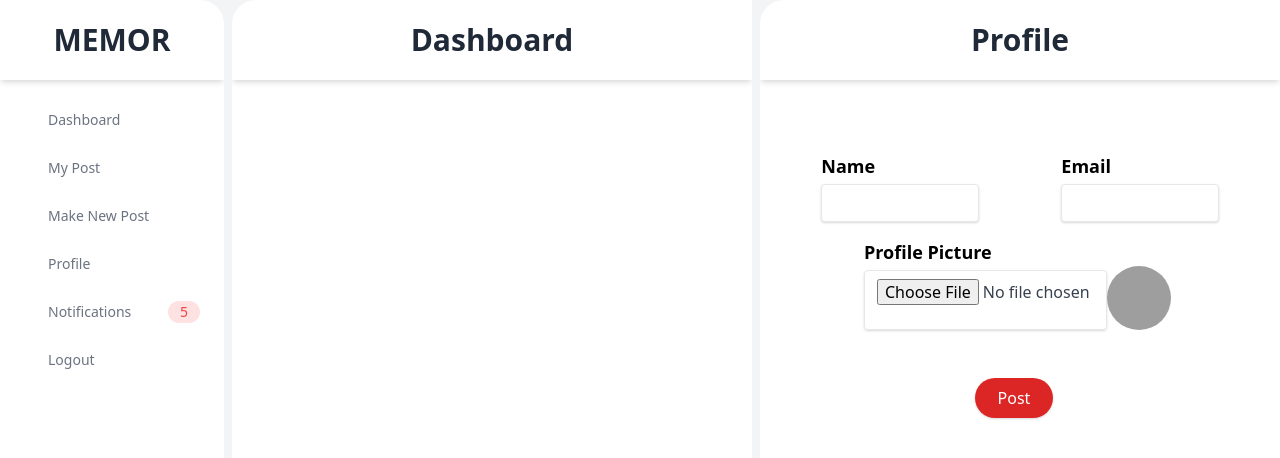
Repository: coolronts/Memor
Page: /dashboard (app in client/)
The author's editor kept a copy of each file at every save. The page is drawn from the files as they stood at one save, then again after the next save.
The browser window is 1280 px wide. The pictures show the whole page.
Pictures or frames that could not be fetched are drawn as grey boxes. The page's requests for data from a server got no answer. The project was rebuilt for these pictures with package versions that can differ from the ones it lists, and the page was loaded fresh each time. No one was signed in, and anything a server would have sent is missing. Also part of the build but not shown: client/vite.config.js, client/vue.config.js, client/src/components/Navbar.vue, client/src/components/Menu.vue, client/src/components/Header.vue, client/src/components/Card.vue, client/src/views/Home.vue, client/src/serverService/authService.js and 6 more.

Above is the page before, as saved 2021-06-27 01:39:53.

### client/index.html
<!DOCTYPE html>
<html lang="en">

<head>
    <meta charset="UTF-8" />
    <link rel="icon" href="/favicon.ico" />
    <meta name="viewport" content="width=device-width, initial-scale=1.0" />
    <title>Vuetify 3 Vite Preview</title>
</head>

<body>
    <div id="app"></div>
    <script type="module" src="/src/main.js"></script>
</body>

</html>

### client/src/main.js
import { createApp } from "vue";
import { createStore } from "vuex";
import App from "./App.vue";
import router from "./router/index";
import createPersistedState from "vuex-persistedstate";
import "./assets/tailwind.css";

const store = createStore({
    plugins: [createPersistedState()],

    state() {
        return {
            user: null,
            token: null,
            dashboard: 0,
        };
    },
    mutations: {
        setUser(state, user) {
            state.user = user;
        },
        setToken(state, token) {
            state.token = token;
        },
        setDashboard(state, dashboard) {
            state.dashboard = dashboard;
        },
    },
    getters: {
        isLoggedIn(state) {
            if (state.token) {
                return true;
            } else {
                return false;
            }
        },
    },
    actions: {},
    modules: {},
});

const app = createApp(App);

app.config.productionTip = false;
app.use(store);
app.use(router).mount("#app");

### client/src/router/index.js
import { createRouter, createWebHistory } from "vue-router";
import Home from "/src/views/Home.vue";
import SignIn from "/src/views/SignIn.vue";
import SignUp from "/src/views/SignUp.vue";
import Dashboard from "/src/views/Dashboard.vue";
const routes = [{
        path: "/",
        name: "Home",
        component: Home,
    },
    {
        path: "/signin",
        name: "SignIn",
        component: SignIn,
    },
    {
        path: "/signup",
        name: "SignUp",
        component: SignUp,
    },
    {
        path: "/dashboard",
        name: "Dashboard",
        component: Dashboard,
    },
];
const router = createRouter({
    history: createWebHistory(),
    routes,
});
export default router;

### client/src/views/Dashboard.vue
<template>
 <div class="flex bg-gray-100">
  <Sidebar/>
  <DashboardHome v-if="this.$store.state.dashboard==0" class="ml-2 w-full"/>
  <DashboardMyPost  v-if="this.$store.state.dashboard==1"  class="ml-2 w-full"/>
  <DashboardNewPost  v-if="this.$store.state.dashboard==2" class="ml-2 w-full "/>
  <Profile  class="ml-2 w-full "/>
 </div>
</template>

<script>
 import Sidebar from "../components/Sidebar.vue"
 import DashboardHome from "../components/DashboardHome.vue"
 import DashboardMyPost from "../components/DashboardMyPost.vue"
 import DashboardNewPost from "../components/DashboardNewPost.vue"
 import Profile from "../components/Profile.vue"

 export default {
  name:'Dashboard',
  components:{
   Sidebar,DashboardHome,DashboardMyPost,DashboardNewPost,Profile
  },

 }
</script>

### client/src/components/AllPost.vue
<template>
  <div class="flex flex-wrap justify-center">
    <div class="w-1/3" v-for="post in posts" :key="post._id">
      <Card
        :imgSrc = "post.image"
        :title = "post.title"
        :description = "post.description"
        :likes = "post.likes"
        :place = "post.place"
        :postId = "post._id"
      />
    </div>
  </div>
</template>

<script>
  import Card from '../components/Card.vue'
  import axios from 'axios';

  export default {
    name:"AllPost",
    components: { Card },
    data(){
      return{
        posts:[],
        style:{
          card:'w-1/4 shadow-xl',
        }
      }
    },
    mounted(){
      axios
        .get('http://localhost:5000/allPosts')
        .then(response => (this.posts = response.data))
    }
  }
</script>

### client/src/components/Sidebar.vue
<template>
<div class="min-h-screen flex flex-row bg-gray-100">
  <div class="flex flex-col w-56 bg-white rounded-r-3xl overflow-hidden">
    <div class="flex items-center justify-center h-20 shadow-md">
      <a href="#" class="block text-2xl font-bold text-center text-gray-800 dark:text-white lg:text-3xl hover:text-gray-700 dark:hover:text-gray-300">MEMOR</a>
    </div>
    <ul class="flex flex-col py-4">
      <li @click="switchDashboard(0)">
        <a href="#" class="flex flex-row items-center h-12 transform hover:translate-x-2 transition-transform ease-in duration-200 text-gray-500 hover:text-gray-800">
          <span class="inline-flex items-center justify-center h-12 w-12 text-lg text-gray-400"><i class="bx bx-home"></i></span>
          <span class="text-sm font-medium">Dashboard</span>
        </a>
      </li>
      <li @click="switchDashboard(1)">
        <a href="#" class="flex flex-row items-center h-12 transform hover:translate-x-2 transition-transform ease-in duration-200 text-gray-500 hover:text-gray-800">
          <span class="inline-flex items-center justify-center h-12 w-12 text-lg text-gray-400"><i class="bx bx-music"></i></span>
          <span class="text-sm font-medium">My Post</span>
        </a>
      </li>
      <li @click="switchDashboard(2)">
        <a href="#" class="flex flex-row items-center h-12 transform hover:translate-x-2 transition-transform ease-in duration-200 text-gray-500 hover:text-gray-800">
          <span class="inline-flex items-center justify-center h-12 w-12 text-lg text-gray-400"><i class="bx bx-drink"></i></span>
          <span class="text-sm font-medium">Make New Post</span>
        </a>
      </li>
      <li @click="switchDashboard(3)">
        <a href="#" class="flex flex-row items-center h-12 transform hover:translate-x-2 transition-transform ease-in duration-200 text-gray-500 hover:text-gray-800">
          <span class="inline-flex items-center justify-center h-12 w-12 text-lg text-gray-400"><i class="bx bx-user"></i></span>
          <span class="text-sm font-medium">Profile</span>
        </a>
      </li>
      {{notificationNumber}}
      <li @click="switchDashboard(4)">
        <a href="#" class="flex flex-row items-center h-12 transform hover:translate-x-2 transition-transform ease-in duration-200 text-gray-500 hover:text-gray-800">
          <span class="inline-flex items-center justify-center h-12 w-12 text-lg text-gray-400"><i class="bx bx-bell"></i></span>
          <span class="text-sm font-medium">Notifications</span>
          <span class="ml-auto mr-6 text-sm bg-red-100 rounded-full px-3 py-px text-red-500">5</span>
        </a>
      </li>
      <li>
        <a href="#" class="hover:text-red-600 flex flex-row items-center h-12 transform hover:translate-x-2 transition-transform ease-in duration-200 text-gray-500 ">
          <span class="inline-flex items-center justify-center h-12 w-12 text-lg text-gray-400"><i class="bx bx-log-out"></i></span>
          <span class=" text-sm font-medium">Logout</span>
        </a>
      </li>
    </ul>
  </div>
</div>
</template>

<script>
  import { mapMutations } from "vuex";
  import axios from 'axios';
  import postService from '../serverService/postService';

  export default {
    name:'Sidebar',
    data(){
      return{
        notificationNumber:''
      }
    },
    methods:{
      ...mapMutations(["setDashBoard"]),
      switchDashboard(x){
        this.$store.commit('setDashboard',x)
      },
      async fetchNotifications(){
        try {
          const data = await postService.getNotification('60d099f5b85ebe0650fcabb5')
          .then((data)=> this.notificationNumber = data)

          console.log(this.$store.state.user._id)
          console.log(this.notificationNumber)
        } catch (error) {
          console.log(error)
        }

      }
    },
    created(){
      this.fetchNotifications()
    }
 }
</script>

### client/src/components/DashboardHome.vue
<template>
  <div class="min-h-screen flex flex-row bg-gray-100">
    <div class="flex flex-col w-full bg-white rounded-l-3xl overflow-hidden">
      <div class="flex items-center justify-center h-20 shadow-md">
        <a href="#" class="block text-2xl font-bold text-center text-gray-800 dark:text-white lg:text-3xl hover:text-gray-700 dark:hover:text-gray-300">Dashboard</a>
      </div>
      <div class="flex flex-wrap justify-center py-6 px-12">
        <AllPost/>
      </div>
    </div>
  </div>
</template>

<script>
  import AllPost from '../components/AllPost.vue'

  export default {
    name:'DashboardHome',
    components:{AllPost}
  }
</script>

### client/src/components/Profile.vue
<template>
  <div :class="style.body">
    <div :class="style.container">
      <div :class="style.headingContainer">
        <a href="#" :class="style.heading">Profile</a>
      </div>
      <div :class="style.formContainer">
        <form :class="style.form" onsubmit="event.preventDefault();">
          <div class="flex justify-around">
            <div class="flex flex-col w-1/3 pt-4 mr-2 ">
              <label for="title" :class="style.label">Name</label>
              <input v-model="title" type="text" id="email" class="shadow appearance-none border rounded w-full py-2 px-3 text-gray-700 mt-1 leading-tight focus:outline-none focus:shadow-outline">
            </div>
            <div class="flex flex-col w-1/3 pt-4 ">
              <label for="place" :class="style.label">Email</label>
              <input v-model="place" type="text" id="place" class="shadow appearance-none border rounded w-full py-2 px-3 text-gray-700 mt-1 leading-tight focus:outline-none focus:shadow-outline">
            </div>
          </div>

          <div class="flex flex-col ml-20  w-2/3  pt-4 ">
            <label for="place" :class="style.label">Profile Picture</label>
            <div class="flex">
              <input type="file" @change="handleImage" accept="image/*" class=" shadow appearance-none border rounded w-full py-2 px-3 text-gray-700 mt-1 leading-tight focus:outline-none focus:shadow-outline"/>
              <img class="inline object-cover w-16 h-16 mr-2 rounded-full" src="https://images.pexels.com/photos/2589653/pexels-photo-2589653.jpeg?auto=compress&cs=tinysrgb&h=650&w=940" alt="Profile image"/>
          </div>
          </div>
          <button @click="postData" class="self-center text-center w-1/6 mr-3 mt-12 shadow text-white px-4 h-10 bg-red-600 rounded-full hover:bg-red-700 active:shadow-xl mouse transition ease-in duration-200 focus:outline-none">
            <span>Post</span>
          </button>
        </form>
      </div>
    </div>
  </div>
</template>


<script>
  export default {
    name:'Profile',
    data(){
      return {
        style:{
          body:'min-h-screen flex flex-row bg-gray-100',
          container:"flex flex-col w-full bg-white rounded-l-3xl overflow-hidden",
          headingContainer:"flex items-center justify-center h-20 shadow-md",
          heading:"block text-2xl font-bold text-center text-gray-800 dark:text-white lg:text-3xl hover:text-gray-700 dark:hover:text-gray-300",
          formContainer:"p-6  border-gray-200 overflow-hidden",
          form:"flex flex-col pt-3 md:pt-8 justify-center",
          formGroup:"my-0",
          label:"text-lg font-bold ",
          formInput:"border-2 border-red-600 shadow-lg",
          input:"shadow appearance-none border rounded w-full py-2 px-3 text-gray-700 mt-1 leading-tight focus:outline-none focus:shadow-outline focus:border-2 focus:border-red-600",
          error:"text-red-600 font-medium text-xs text-center"

        },
        username: '',
        email:'',
        password:'',
        confirmPassword:'',
        error:{
          username:{
            len:false,
          },
          email:{
            len:false,
            valid:false
          },
          password:{
            len:false,
            match:true,
          },
        },
        noError: true,
      }
    },

    methods: {
      async register(){
        this.error.username.len=false;
        this.error.email.len=false;
        this.error.email.valid=false;
        this.error.password.len=false;
        this.error.password.match = true
        this.noError= true;
        if(this.username.length<6 || this.username.length>36){
          this.error.username.len = true
          this.noError= false
        }

        if(this.email.length<6 || this.email.length>36){
          this.error.email.len = true
          this.noError= false
        }else if(!this.validEmail(this.email)){
          this.error.email.valid = true
          this.noError= false
        }

        if(this.password.length<6 || this.password.length>12){
          this.error.password.len = true
          this.noError= false
        }
        if (this.password != this.confirmPassword){
          this.error.password.match = false
          this.noError= false
        }

        if(this.noError){
          try {
            await authService.registerUser(this.username,this.email,this.password)
          } catch (error) {
            console.log(error)
          }
        }
      },
      validEmail(email) {
        var re = /^(([^<>()[\]\\.,;:\s@"]+(\.[^<>()[\]\\.,;:\s@"]+)*)|(".+"))@((\[[0-9]{1,3}\.[0-9]{1,3}\.[0-9]{1,3}\.[0-9]{1,3}\])|(([a-zA-Z\-0-9]+\.)+[a-zA-Z]{2,}))$/;
        return re.test(email);
      },
    }
  }
</script>

### client/src/serverService/postService.js
import axios from "axios";

const postUrl = "http://localhost:5000/posts";
const updateUsername = "http://localhost:5000/updateusername";
const updateEmail = "http://localhost:5000/updateemail";
const updatePassword = "http://localhost:5000/updatepassword";
const updateProfilePic = "http://localhost:5000/updateprofilepic";
const updateLikes = "http://localhost:5000/updatelikes";
const notifications = "http://localhost:5000/notifications";

class postService {
    //Get posts
    static getPosts() {
        return new Promise(async(resolve, reject) => {
            try {
                const res = await axios.get(url);
                const data = res.data;
                resolve(
                    data.map((post) => ({
                        ...post,
                        createdAt: new Date(post.createdAt),
                    }))
                );
            } catch (error) {
                reject(error);
            }
        });
    }

    //Create Post
    static insertPost(title, place, description, image, id) {
        return axios.post(postUrl, {
            title,
            place,
            description,
            image,
            id,
        });
    }

    //Update Username
    static updateUsername(username, email) {
        return axios.post(updateUsername, {
            username,
            email,
        });
    }

    //Update Email
    static updateEmail(email, username) {
        return axios.post(updateEmail, {
            username,
            email,
        });
    }

    //Update Password
    static updatePassword(password, email) {
        return axios.post(updatePassword, {
            password,
            email,
        });
    }

    //Update Profile Picture
    static updateProfilePic(profile, email) {
        return axios.post(updateProfilePic, {
            profile,
            email,
        });
    }

    //Update Likes
    static updateLikes(postId, userId, likesCount, isLiked) {
        console.log(postId, userId, likesCount);
        return axios.post(updateLikes, {
            postId,
            userId,
            likesCount,
            isLiked,
        });
    }

    //Get notification
    static getNotification(userId) {
        return axios.get(notifications, {
            userId,
        });
    }

    //Delete Post
    static deletePost(id) {
        return axios.delete(`$(url)$(id)`);
    }
}
export default postService;

Loaded but not shown: client/src/App.vue (common file); client/src/assets/tailwind.css (common file); client/tailwind.config.js (common file)

After the next save:
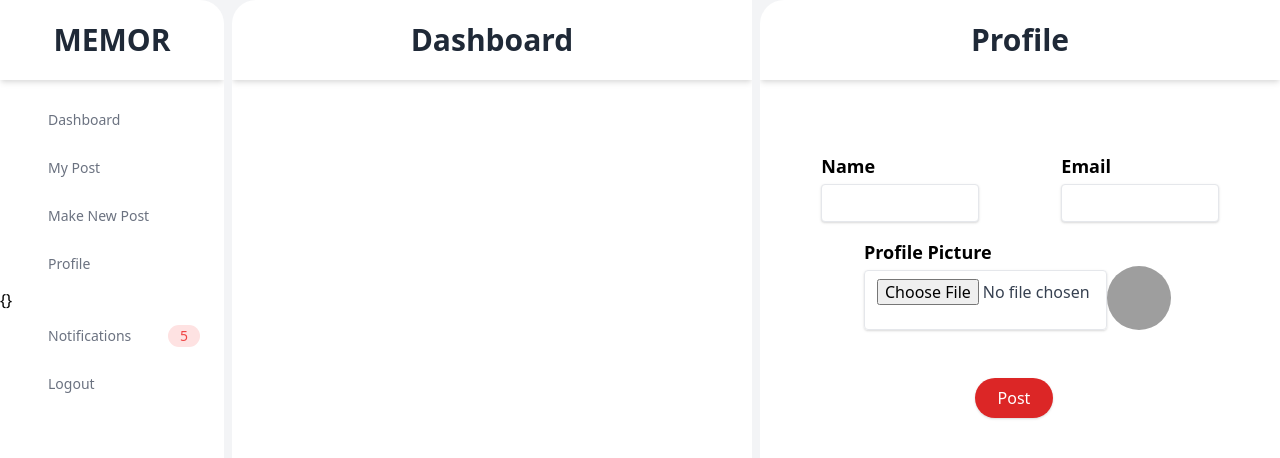
Saved 11 s later.
--- a/client/src/components/Sidebar.vue
+++ b/client/src/components/Sidebar.vue
@@ -57,7 +57,7 @@
     name:'Sidebar',
     data(){
       return{
-        notificationNumber:''
+        notificationNumber:{}
       }
     },
     methods:{
